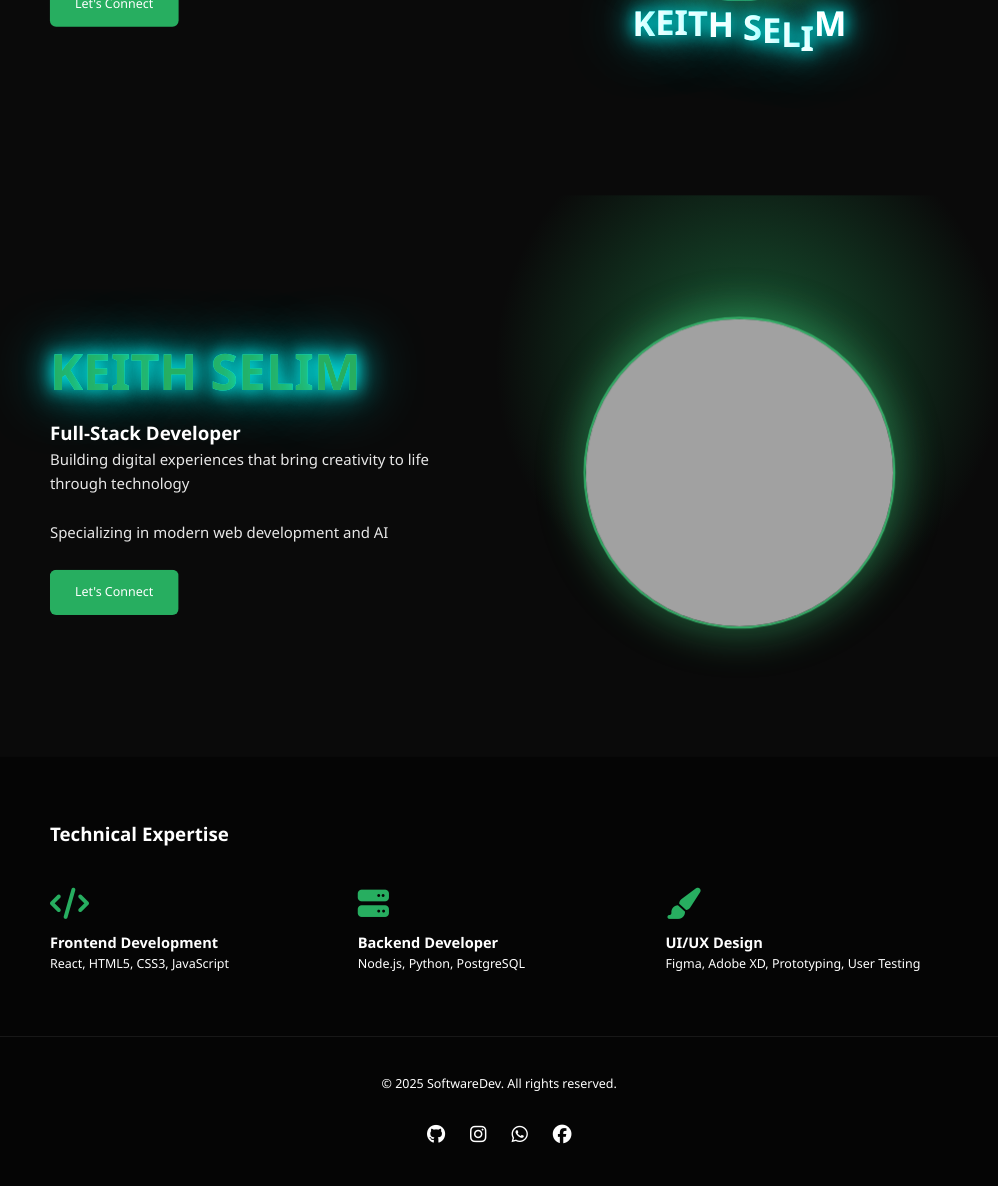
Repository: PEEZYBEE/my-react-portfolio
Page: /
The author's editor kept a copy of each file at every save. The page is drawn from the files as they stood at one save, then again after the next save.
The browser window is 1280 px wide. The pictures show the part of the page from y = 553 to 2074 px (the page is 2074 px tall), at 78% of full size.
Pictures or frames that could not be fetched are drawn as grey boxes. The project was rebuilt for these pictures with package versions that can differ from the ones it lists, and the page was loaded fresh each time. Also part of the build but not shown: vite.config.js.

Above is the page before, as saved 2025-04-21 01:27:15.

After the next save:
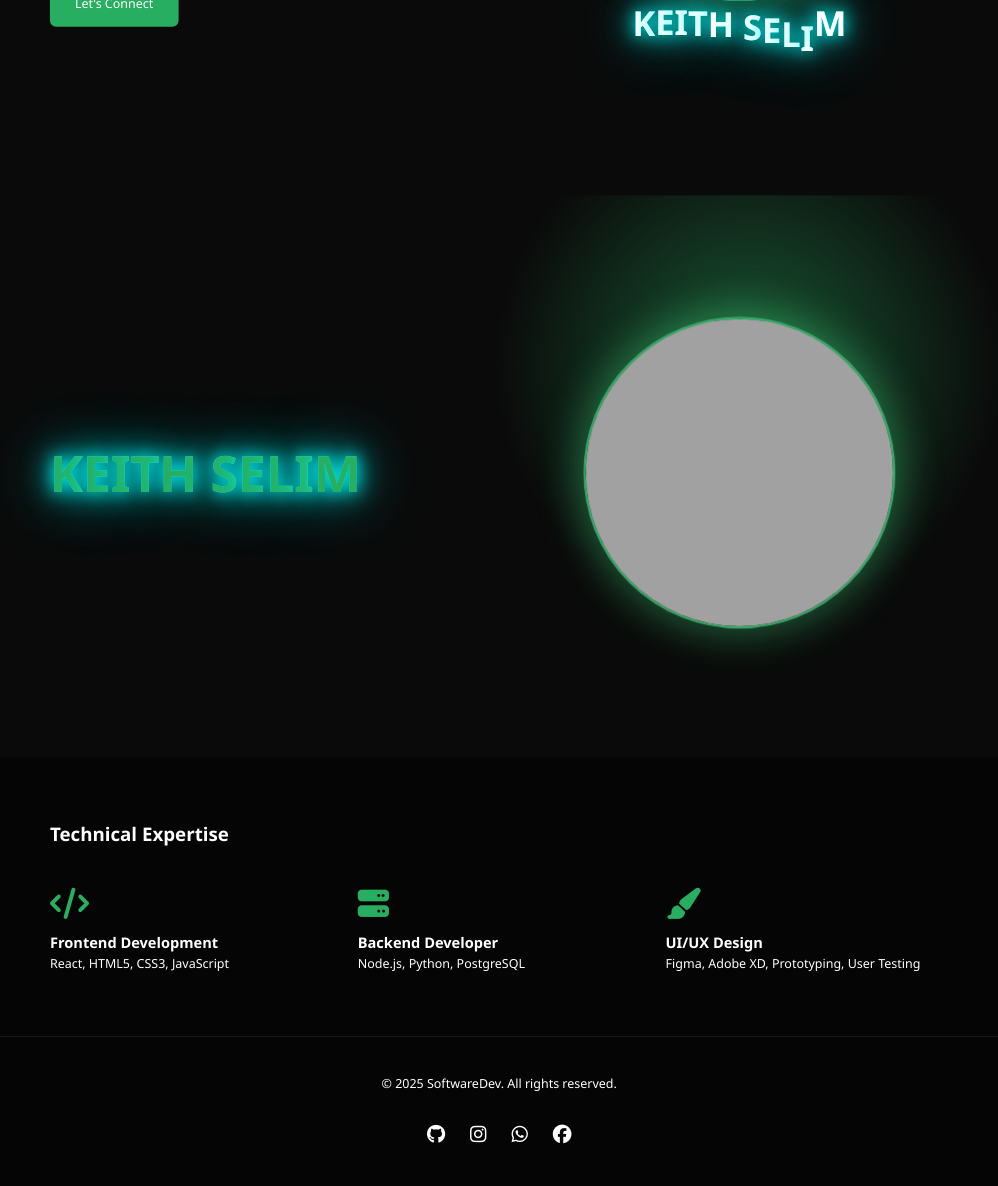
Saved 60 s later.
--- a/src/components/NameBanner.jsx
+++ b/src/components/NameBanner.jsx
@@ -18,10 +18,7 @@ const Hero = () => {
           <span>I</span>
           <span>M</span>
         </h1>
-        <h2>Full-Stack Developer</h2>
-        <p>Building digital experiences that bring creativity to life through technology</p>
-        <p className="highlight">Specializing in modern web development and AI</p>
-        <a href="#contact" className="cta-button">Let's Connect</a>
+
       </div>
 
       <div className="hero-image">
